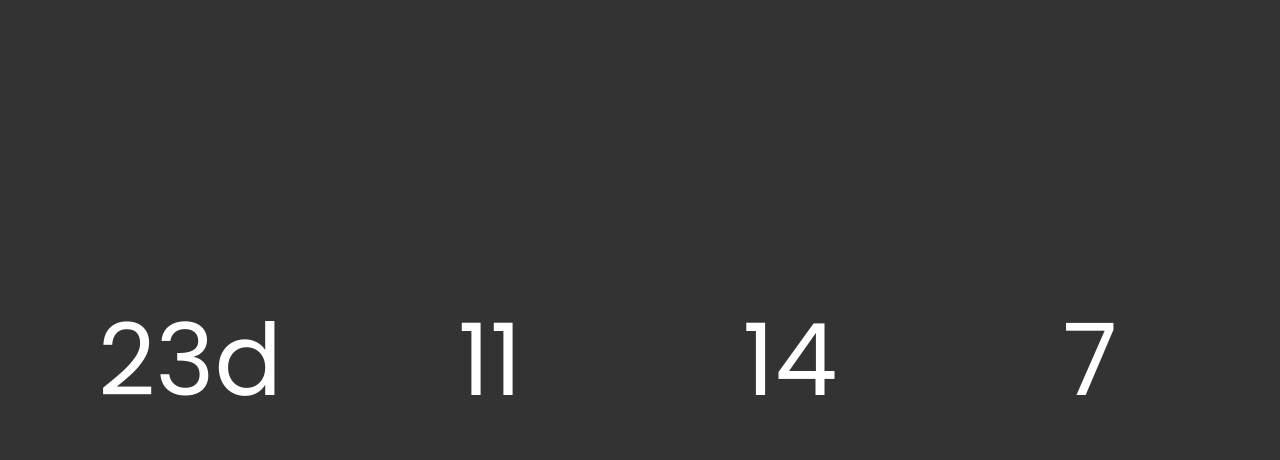
Repository: LeTanTru/All-Code
Page: Countown/index.html
An editor plug-in stored every save of this project. The page is shown before and after the next save, followed by the edit.
The browser window is 1280 px wide. The pictures show the whole page.

Above is the page before, as saved 2022-12-29 12:58:39.

### Countown/index.html
<!DOCTYPE html>
<html lang="en">

<head>
    <meta charset="UTF-8">
    <meta http-equiv="X-UA-Compatible" content="IE=edge">
    <meta name="viewport" content="width=device-width, initial-scale=1.0">
    <link rel="icon" type="image/x-icon" href="https://encrypted-tbn0.gstatic.com/images?q=tbn:ANd9GcQIQh1eX0Q6u5cD437ia0Gx8Band5tZZqGc_A&usqp=CAU">
    <title>Countdown</title>
    <link rel="stylesheet" href="./style.css">
    <link rel="preconnect" href="https://fonts.googleapis.com">
    <link rel="preconnect" href="https://fonts.gstatic.com" crossorigin>
    <link href="https://fonts.googleapis.com/css2?family=Poppins:wght@400;500&display=swap" rel="stylesheet">
</head>


<body>
    <div class="wrapper">
        <div class="countdown">
            <h3 class="countdown-css days"></h3>
            <h3 class="countdown-css hours"></h3>
            <h3 class="countdown-css minutes"></h3>
            <h3 class="countdown-css seconds"></h3>
        </div>
    </div>
    <script src="./countdown.js"></script>
</body>

</html>

### Countown/style.css
*,
*::before,
*::after {
  box-sizing: border-box;
}

* {
  margin: 0;
  padding: 0;
  font: inherit;
}

body {
  line-height: 1.5;
}

img,
picture,
video,
canvas,
svg {
  display: block;
  max-width: 100%;
}

input,
button,
textarea,
select {
  outline: none;
}

p,
h1,
h2,
h3,
h4,
h5,
h6 {
  overflow-wrap: break-word;
}

* {
  border: 0;
  padding: 0;
  margin: 0;
  box-sizing: border-box;
}

body {
  background-color: #333;
}

html {
  font-family: "Poppins", sans-serif;
}

.wrapper {
  display: flex;
  align-items: center;
  justify-content: center;
  height: 100vh;
}

.countdown {
  width: 1200px;
  height: 300px;
  border-radius: 15px;
  display: flex;
  transition: all linear 0.5s;
  position: relative;
  color: white;
}

.countdown.open {
  background-color: rgba(100, 73, 74, 0.5);
}

.countdown-css {
  display: inline-block;
  width: 33.33333333%;
  height: 300px;
  line-height: 300px;
  text-align: center;
  font-size: 100px;
  pointer-events: none;
  transition: all linear 0.5s;
}

### Countown/countdown.js
const daysEle = document.querySelector(".days");
const hoursEle = document.querySelector(".hours");
const minutesEle = document.querySelector(".minutes");
const secondsEle = document.querySelector(".seconds");

console.log({ daysEle, hoursEle, minutesEle, secondsEle });

const date = new Date();
const dateEnd = new Date("1/22/2023");
const difference = dateEnd.getTime() - date.getTime();
const days = Math.floor(difference / (1000 * 86400));
const hours = Math.floor(difference / (1000 * 3600) - days * 24);
const minutes = Math.floor(
  (difference / (1000 * 3600) - days * 24 - hours) * 60
);
const seconds = Math.floor(
  ((difference / (1000 * 3600) - days * 24 - hours) * 60 - minutes) * 60
);
daysEle.innerText = days;
hoursEle.innerText = hours;
minutesEle.innerText = minutes;
secondsEle.innerText = seconds;

setInterval(() => {
  const date = new Date();
  const dateEnd = new Date("1/22/2023");
  const difference = dateEnd.getTime() - date.getTime();
  const days = Math.floor(difference / (1000 * 86400));
  const hours = Math.floor(difference / (1000 * 3600) - days * 24);
  const minutes = Math.floor(
    (difference / (1000 * 3600) - days * 24 - hours) * 60
  );
  const seconds = Math.floor(
    ((difference / (1000 * 3600) - days * 24 - hours) * 60 - minutes) * 60
  );
  daysEle.innerText = days + 'd';
  hoursEle.innerText = hours;
  minutesEle.innerText = minutes;
  secondsEle.innerText = seconds;
  // console.log({ days, hours, minutes, seconds });
}, 1000);

After the next save:
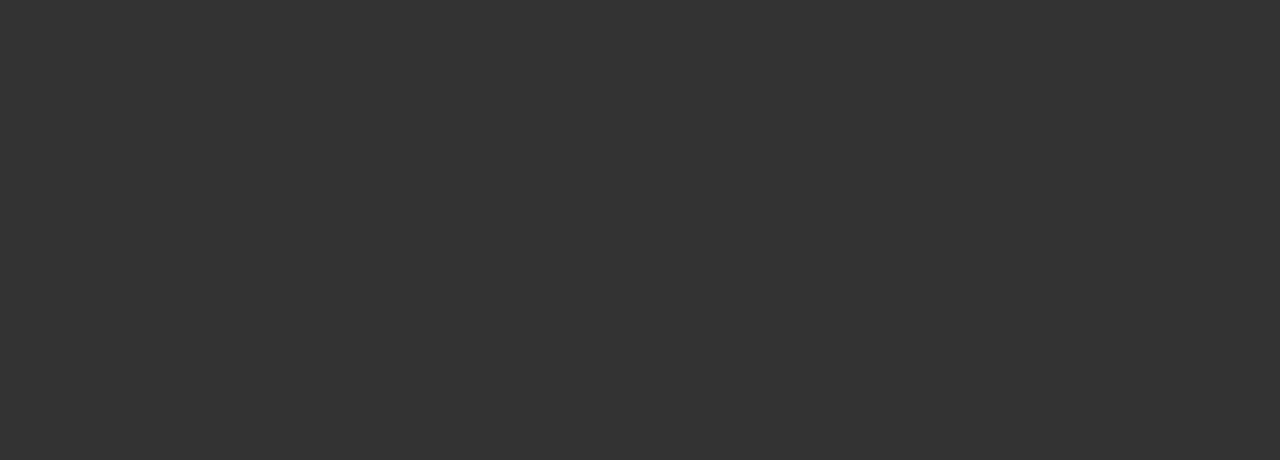
Console error: SyntaxError: Invalid or unexpected token
Saved 5 s later.
--- a/Countown/countdown.js
+++ b/Countown/countdown.js
@@ -33,7 +33,7 @@
   const seconds = Math.floor(
     ((difference / (1000 * 3600) - days * 24 - hours) * 60 - minutes) * 60
   );
-  daysEle.innerText = days + 'd';
+  daysEle.innerText = days + 'days;
   hoursEle.innerText = hours;
   minutesEle.innerText = minutes;
   secondsEle.innerText = seconds;

After the save that followed:
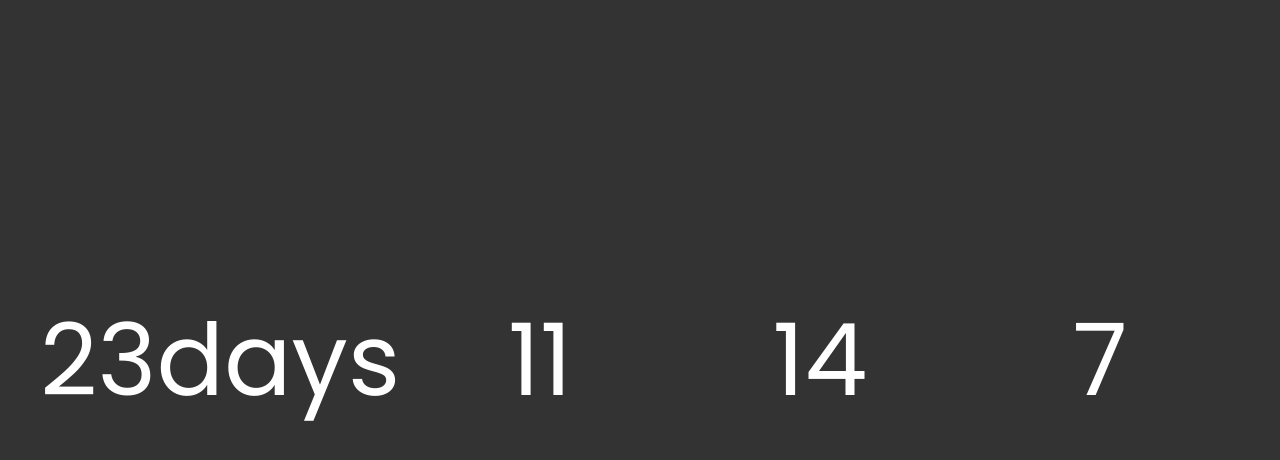
The error is gone.
Saved 4 s later.
--- a/Countown/countdown.js
+++ b/Countown/countdown.js
@@ -33,7 +33,7 @@
   const seconds = Math.floor(
     ((difference / (1000 * 3600) - days * 24 - hours) * 60 - minutes) * 60
   );
-  daysEle.innerText = days + 'days;
+  daysEle.innerText = days + "days";
   hoursEle.innerText = hours;
   minutesEle.innerText = minutes;
   secondsEle.innerText = seconds;
